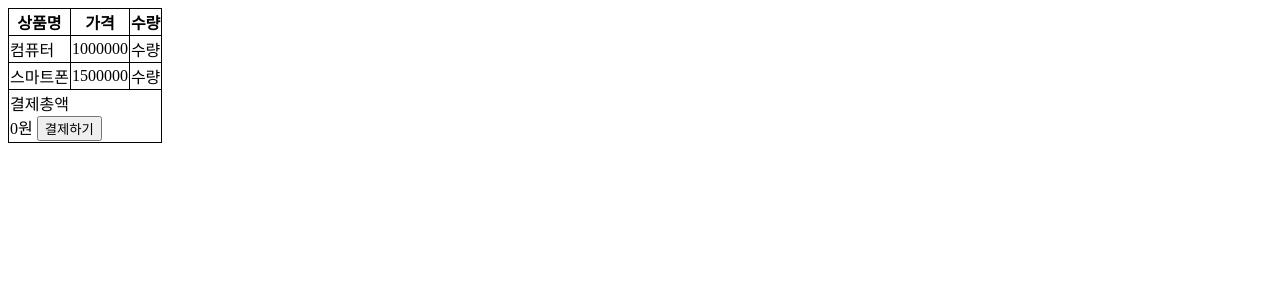
Repository: MySunTY/JSP
Page: http://localhost/JSP08/
These files come from the project's save history. The page is drawn as it stood at one moment and after the next save; the edit follows.
The browser window is 1280 px wide. The pictures show the whole page.
The page is served by Tomcat 9.

Above is the page before, as saved 2024-05-16 05:25:31.

### JSP08/src/main/webapp/index.jsp
<%@ page language="java" contentType="text/html; charset=utf-8"
    pageEncoding="utf-8"%>
<!DOCTYPE html>
	<html>
	<head>
		<meta charset="utf-8">
		<title>데이터 전송</title>
		<style>
			tr, th, td{
				border : 1px solid black;

			}
			table{
				border-collapse : collapse;
			}
		</style>
	</head>
	<body>
		<div id="wrap">
			<table>
				<thead>
				<tr>
					<th>상품명</th>
					<th>가격</th>
					<th>수량</th>
				</tr>
				</thead>
				<tbody>
				<tr>
					<td>컴퓨터</td>
					<td>1000000</td>
					<td>수량</td>

				</tr>
				<tr>
					<td>스마트폰</td>
					<td>1500000</td>
					<td>수량</td>


				</tr>
				</tbody>
				<tfoot>
					<tr rowspan="4">
						<td colspan="3">
							결제총액<br>
							0원
							<input type="submit" value="결제하기">



						</td>

					</tr>
				</tfoot>
			</table>
		</div>
	</body>
</html>

After the next save:
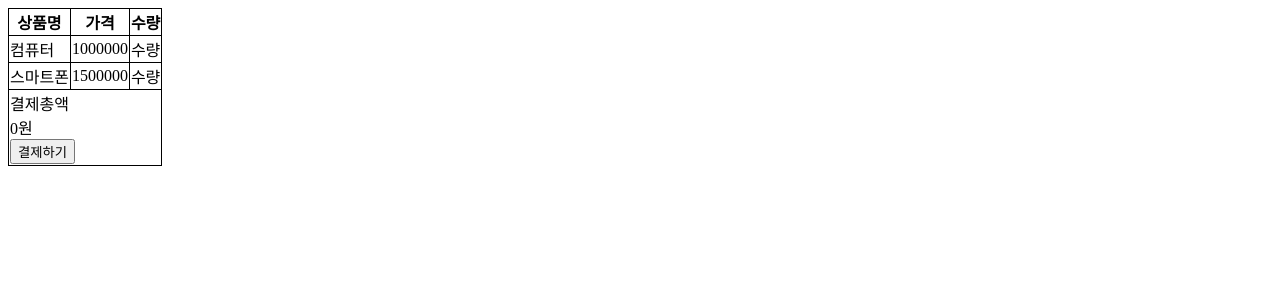
Saved 13 s later.
--- a/JSP08/src/main/webapp/index.jsp
+++ b/JSP08/src/main/webapp/index.jsp
@@ -44,7 +44,7 @@
 					<tr rowspan="4">
 						<td colspan="3">
 							결제총액<br>
-							0원
+							0원<br>
 							<input type="submit" value="결제하기">
 
 
